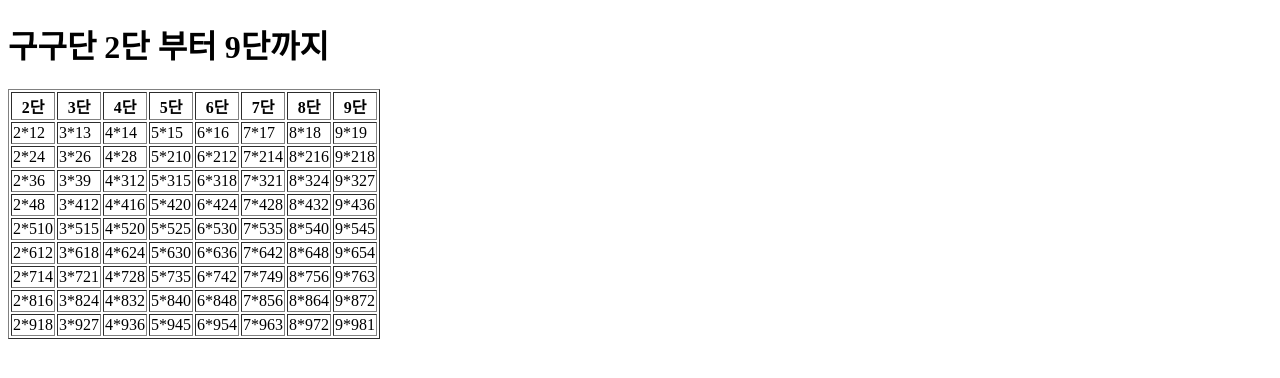
Repository: hyeongu135-ui/Jsp2026
Page: http://localhost/chapter01/test02.jsp
The author's editor kept a copy of each file at every save. The page is drawn from the files as they stood at one save, then again after the next save.
The browser window is 1280 px wide. The pictures show the whole page.
The page is served by Tomcat 9.

Above is the page before, as saved 2026-10-16 04:31:47.

After the next save:
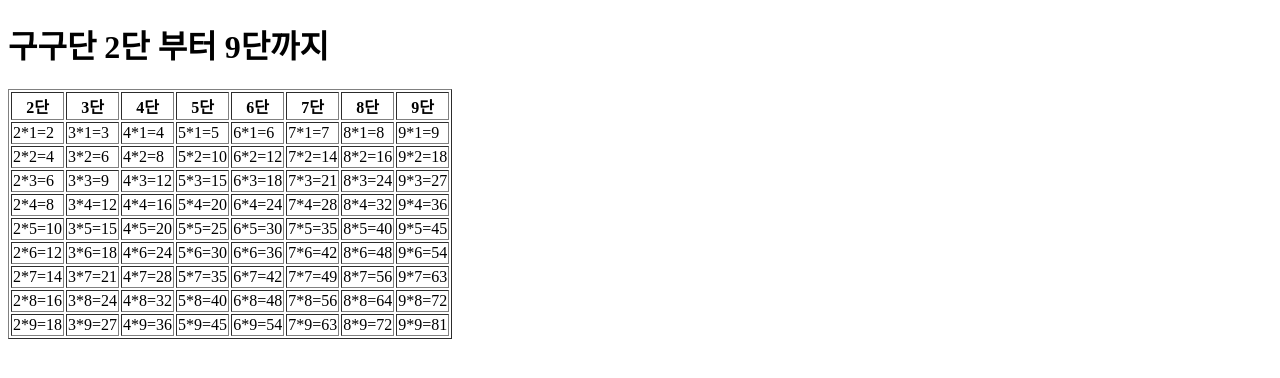
Saved 9 s later.
--- a/chapter01/src/main/webapp/test02.jsp
+++ b/chapter01/src/main/webapp/test02.jsp
@@ -22,7 +22,7 @@
 		<tr>
 		<% for(int j=2; j<=9; j++){
 			%>
-			<td><%=j%>*<%=i%><%=i*j%></td>
+			<td><%=j%>*<%=i%>=<%=i*j%></td>
 		<%}%>
 		</tr>
 		<%}%>
